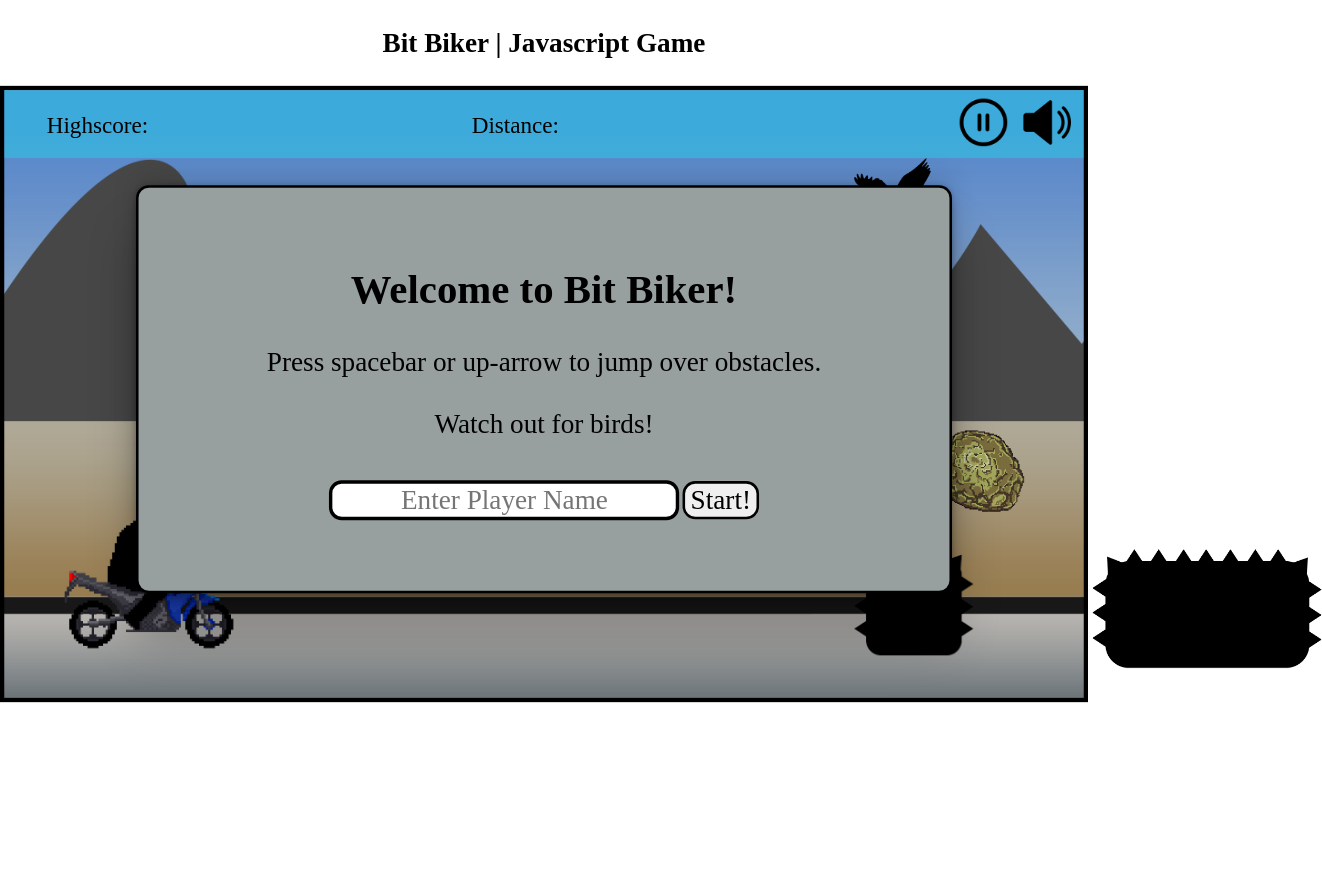
Repository: jellymel0n/bit-biker
Page: index.html
These files come from the project's save history. The page is drawn as it stood at one moment and after the next save; the edit follows.
The browser window is 1280 px wide. The page is 1555 px wide, then 1280 px, then 1555 px, so the pictures cover 1555 px, including what lies to the right of the window. The pictures show the whole page, at 85% of full size.

Above is the page before, as saved 2021-07-07 13:58:26.

After the next save:
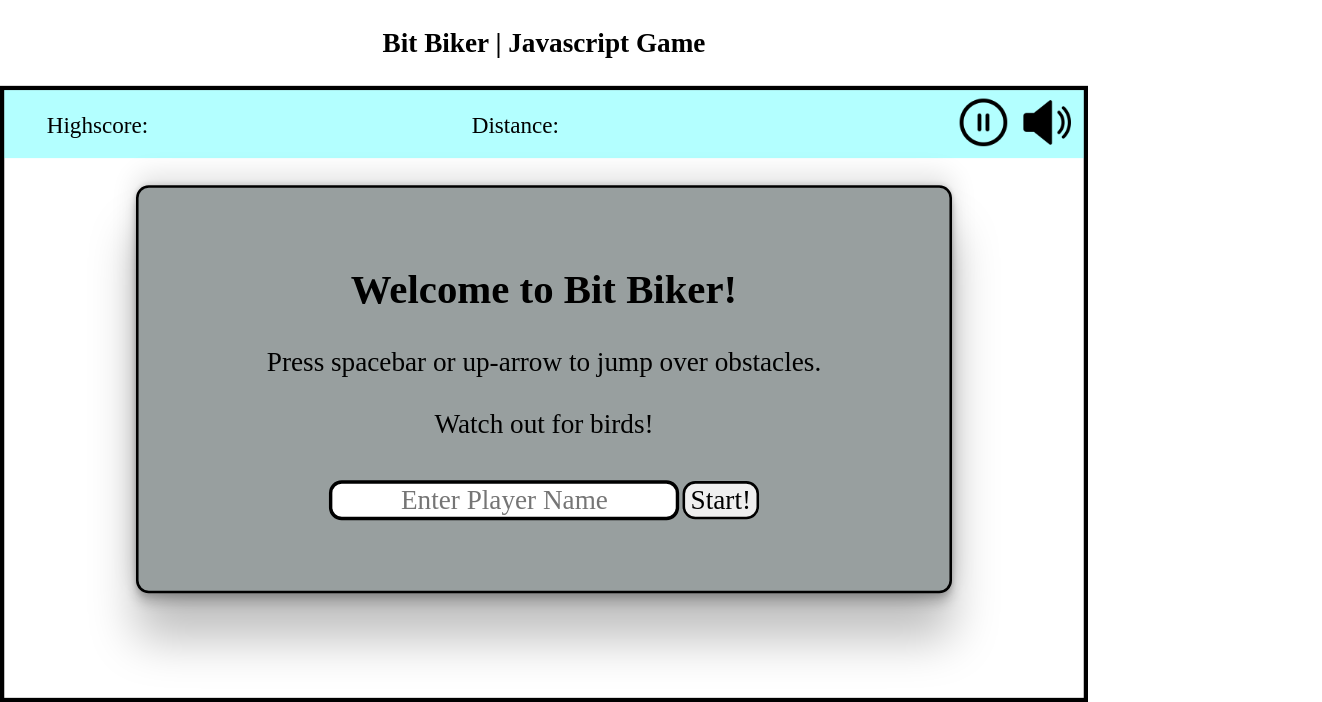
Console error: SyntaxError: Unexpected token ';'
Saved 47 s later.
--- a/scripts/script.js
+++ b/scripts/script.js
@@ -12,7 +12,7 @@
     loopDuration: [1000 / 60],
     lastKeyFrame: null,
     gravity: 90,
-
+    song: $('#song-playback')[0];
     getPlayerName: () => {
         game.playerName = $('#player-name').val();
     },

After the save that followed:
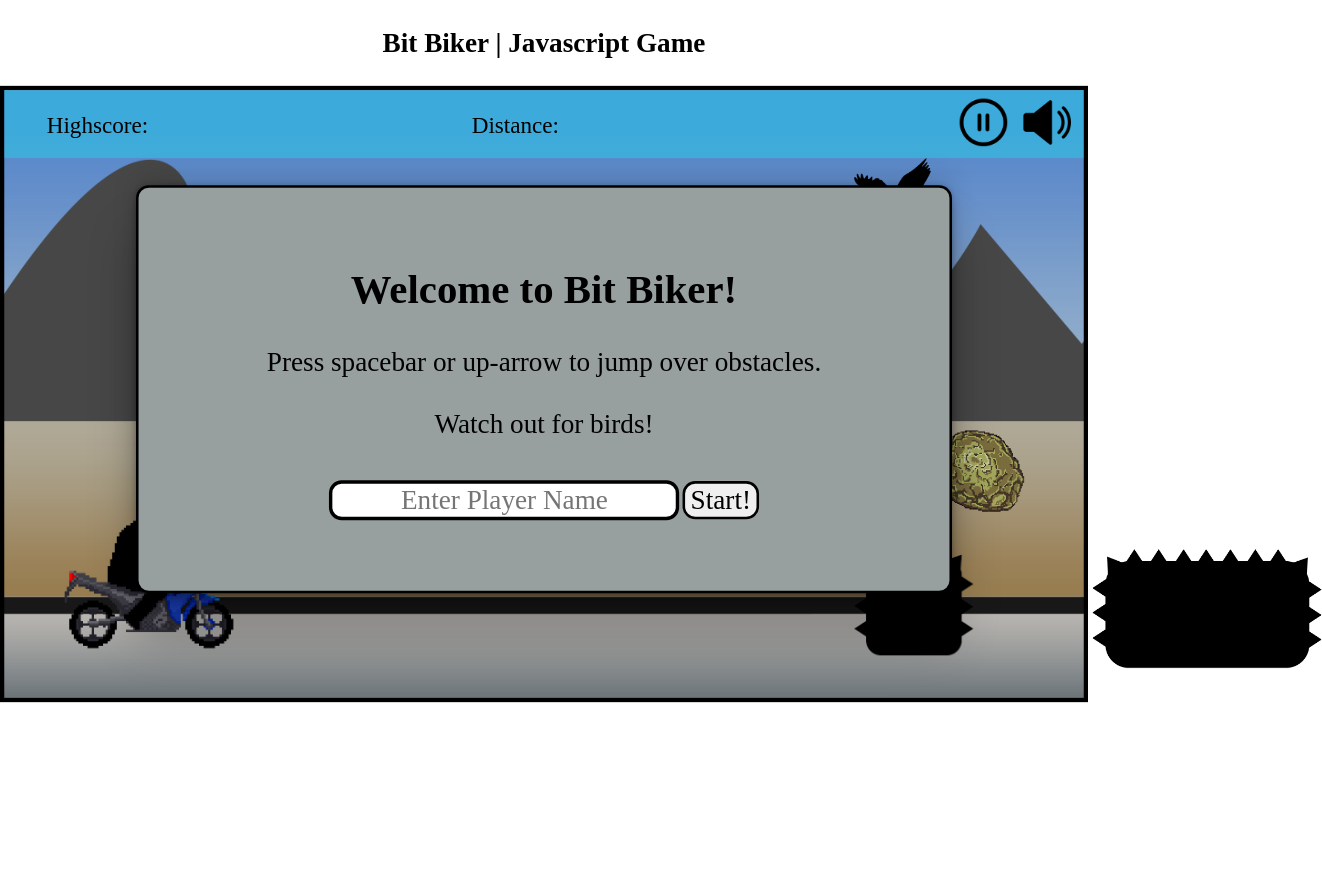
The error is gone.
Saved 9 s later.
--- a/scripts/script.js
+++ b/scripts/script.js
@@ -12,7 +12,7 @@
     loopDuration: [1000 / 60],
     lastKeyFrame: null,
     gravity: 90,
-    song: $('#song-playback')[0];
+    song: $('#song-playback')[0],
     getPlayerName: () => {
         game.playerName = $('#player-name').val();
     },
